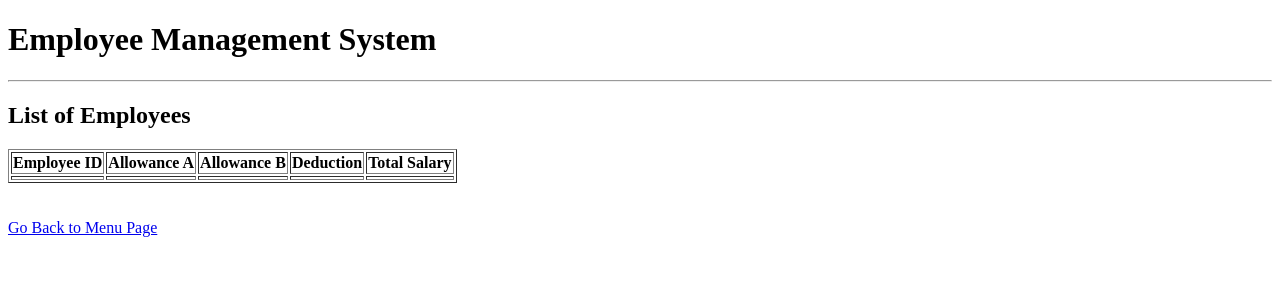
Repository: brnce/Wiley-Java-Project
Page: http://localhost/ShowGeneratedPayslip
The author's editor kept a copy of each file at every save. The page is drawn from the files as they stood at one save, then again after the next save.
The browser window is 1280 px wide. The pictures show the whole page.
The page is this project's Thymeleaf template; nobody is signed in. The template is opened directly, without the code that normally fills it, so the values that code supplies are empty.

Above is the page before, as saved 2022-11-30 17:12:53.

### SpringBootMVCProject/EmployeeSpringBootMVCProject/src/main/resources/templates/ShowGeneratedPayslip.html
<!DOCTYPE html>
<html xmlns:th="https://thymeleaf.org">
<head>
<meta charset="ISO-8859-1">
<title>Employee System</title>
</head>
<body>
<h1>Employee Management System</h1>
<hr> <!-- Horizontal Row -->
<h2>List of Employees</h2>
<table border="1">
	<!-- tr: Table Row -->
	<tr>
        <!-- Table Header -->
        <th>Employee ID</th>
        <th>Allowance A</th>
        <th>Allowance B</th>
        <th>Deduction</th>
        <th>Total Salary</th>

    </tr>
    <tr>
        <!-- table data -->
        <td th:text="${id}"></td>
        <td th:text="${paySlip.allowanceA}"></td>
        <td th:text="${paySlip.allowanceB}"></td>
        <td th:text="${paySlip.deduction}"></td>
        <td th:text="${paySlip.totalSalary}"></td>
    </tr>
</table>
<br><br>
<a href="./">Go Back to Menu Page</a>
</body>
</html>

After the next save:
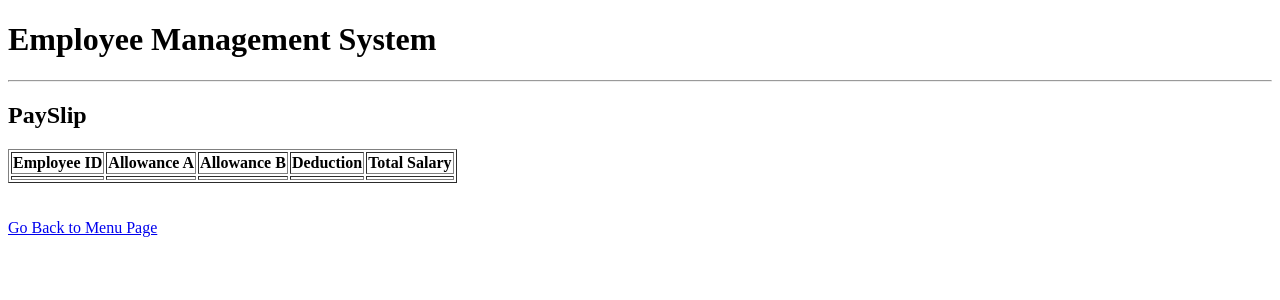
Saved 2 min 11 s later.
--- a/SpringBootMVCProject/EmployeeSpringBootMVCProject/src/main/resources/templates/ShowGeneratedPayslip.html
+++ b/SpringBootMVCProject/EmployeeSpringBootMVCProject/src/main/resources/templates/ShowGeneratedPayslip.html
@@ -7,10 +7,10 @@
 <body>
 <h1>Employee Management System</h1>
 <hr> <!-- Horizontal Row -->
-<h2>List of Employees</h2>
+<h2>PaySlip</h2>
 <table border="1">
-	<!-- tr: Table Row -->
-	<tr>
+    <!-- tr: Table Row -->
+    <tr>
         <!-- Table Header -->
         <th>Employee ID</th>
         <th>Allowance A</th>
